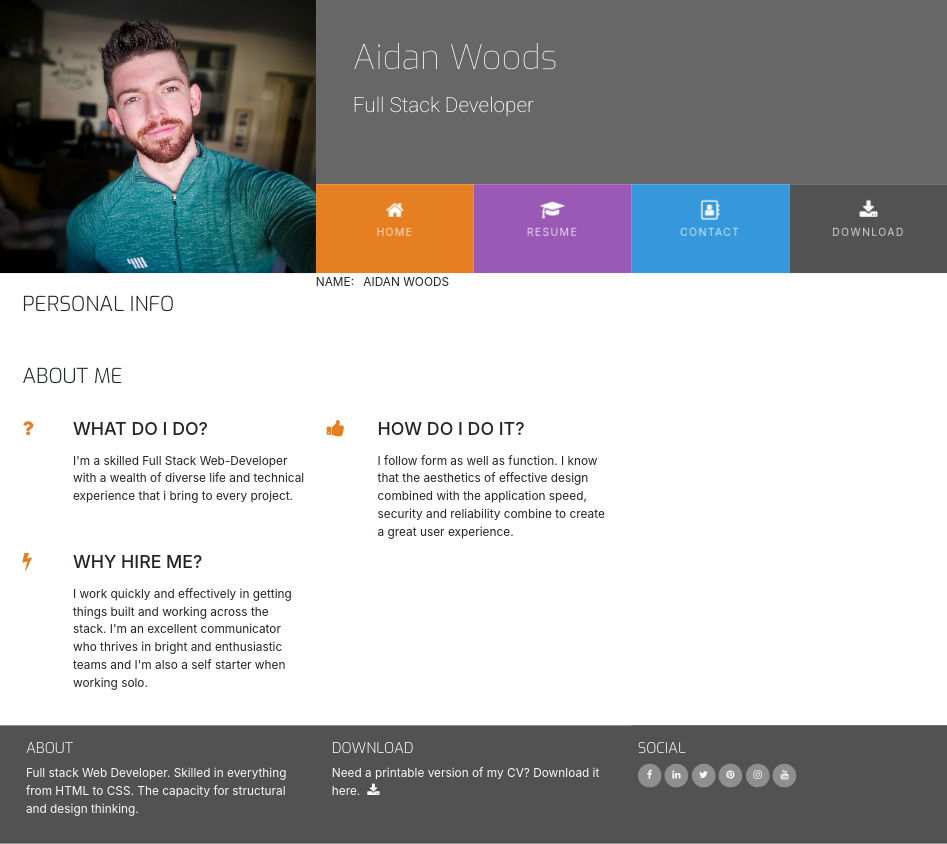
Repository: woodsyboi/Resume
Page: index.html
The author's editor kept a record of every edit. The page is drawn from the files as they stood at one moment, then again after the next edit.
The browser window is 1280 px wide. The pictures show the whole page, at 74% of full size.

Above is the page before.

### index.html
<!DOCTYPE html>
<html lang="en">

<head>
    <meta charset="UTF-8">
    <meta name="viewport" content="width=device-width, initial-scale=1.0">
    <meta http-equiv="X-UA-Compatible" content="ie=edge">
    <link rel="stylesheet" href="https://stackpath.bootstrapcdn.com/bootstrap/4.3.1/css/bootstrap.min.css" type="text/css" />
    <link rel="stylesheet" href="https://stackpath.bootstrapcdn.com/font-awesome/4.7.0/css/font-awesome.min.css" type="text/css" />
    <link rel="stylesheet" href="https://cdnjs.cloudflare.com/ajax/libs/hover.css/2.3.1/css/hover-min.css
" type="text/css" />
    <link rel="stylesheet" href="assets/css/style.css" type="text/css" />
    <title>Aidan</title>
</head>

<body>
    <header>
        <div class="row no-gutters">
            <a href="index.html" class="col-md-4 logo">

            </a>
            <div class="col-md-8">
                <div class="row no-gutters bg-color-name-title">
                    <div class="col heading">
                        <h1 class="name">Aidan Woods</h1>
                        <h2 class="title">Full Stack Developer</h2>
                    </div>

                </div>
                <div class="row no-gutters">
                    <div class="col">
                        <ul id="nav" class="list-inline menucontainer">
                            <li class="col-6 col-sm-3 ui-menu-color-home list-inline-item menuitem">
                                <a href="#" class="hvr-sweep-to-bottom"><i class="fa fa-home"></i><span>Home</span></a>
                            </li>
                            <li class="col-6 col-sm-3 ui-menu-color-resume list-inline-item menuitem">
                                <a href="#" class="hvr-sweep-to-bottom"><i class="fa fa-graduation-cap"></i><span>Resume</span></a>
                            </li>
                            <li class="col-6 col-sm-3 ui-menu-color-contact list-inline-item menuitem">
                                <a href="#" class="hvr-sweep-to-bottom"><i class="fa fa-address-book-o"></i><span>Contact</span></a>
                            </li>
                            <li class="col-6 col-sm-3 ui-menu-color-download list-inline-item menuitem">
                                <a href="#" class="hvr-sweep-to-bottom"><i class="fa fa-download"></i><span>Download</span></a>
                            </li>
                        </ul>
                    </div>
                </div>

            </div>
        </div>
    </header>

    <section class="container-fluid">

        <div class="row ">
            <div class="col-md-4 bg-color-personal-infor section-coloum">
                <div class="col-12">
                    <h3 class="section-heading uppercase">
                        Personal Info
                    </h3>
                </div>
            </div>
            <div class="personal-info-item">
                <div class="key">
                    <p class="uppercase">
                        Name:
                    </p>
                </div>
                <div class="value">
                    <p class="uppercase">
                        Aidan Woods
                    </p>
                </div>
            </div>

            <div class="col-md-8 bg-color-three-reasons section-column">
                <div class="row">
                    <div class="col">
                        <h3 class="section-heading uppercase">About Me</h3>
                    </div>
                </div>
                <div class="row">
                    <div class="col-10 offset-1 offset-sm-0 col-sm-4 col-md-6">
                        <div class="row">
                            <div class="col-2">
                                <i class="three-reasons-icon fa fa-question" aria-hidden="true"></i>
                            </div>
                            <div class="col-10">
                                <h4 class="three-reasons-heading uppercase"> What do I do?</h4>
                                <p>
                                    I'm a skilled Full Stack Web-Developer with a wealth of diverse life and technical experience that i bring to every project.
                                </p>
                            </div>
                        </div>
                    </div>
                    <div class="col-10 offset-1 offset-sm-0 col-sm-4 col-md-6">
                        <div class="row">
                            <div class="col-2">
                                <i class="three-reasons-icon fa fa-thumbs-up" aria-hidden="true"></i>
                            </div>
                            <div class="col-10">
                                <h4 class="three-reasons-heading uppercase"> How Do I Do It?</h4>
                                <p>
                                    I follow form as well as function. I know that the aesthetics of effective design combined with the application speed, security and reliability combine to create a great user experience.

                                </p>
                            </div>
                        </div>
                    </div>
                    <div class="col-10 offset-1 offset-sm-0 col-sm-4 col-md-6">
                        <div class="row">
                            <div class="col-2">
                                <i class="three-reasons-icon fa fa-bolt" aria-hidden="true"></i>
                            </div>
                            <div class="col-10">
                                <h4 class="three-reasons-heading uppercase"> Why Hire Me?</h4>
                                <p>
                                    I work quickly and effectively in getting things built and working across the stack. I'm an excellent communicator who thrives in bright and enthusiastic teams and I'm also a self starter when working solo.
                                </p>
                            </div>
                        </div>
                    </div>


                </div>
            </div>
        </div>

    </section>


    <footer class="container-fluid">
        <div id="footer-details" class="row">
            <div class="col-sm-4">
                <h5 class="uppercase general-sub">About</h5>
                <p class="inline-block">
                    Full stack Web Developer. Skilled in everything from HTML to CSS. The capacity for structural and design thinking.</p>

            </div>
            <div class="col-sm-4">
                <h5 class="uppercase general-sub">Download</h5>
                <p class="inline-block">
                    Need a printable version of my CV? Download it here.
                    <a href="#" target="_blank" class="cv-pdf">
                        <i class="fa fa-download" aria-hidden="true"></i>
                        <span class="sr-only"> Download Link.</span>
                    </a>
                </p>

            </div>
            <div class="col-sm-4">
                <h5 class="uppercase general-sub">Social</h5>
                <ul class="list-inline social-links">
                    <li class="list-inline-item">
                        <a target="_blank" href="#">
                            <i class="fa fa-facebook" aria-hidden="true"></i>
                            <span class="sr-only">Facebook</span>
                        </a>
                    </li>
                    <li class="list-inline-item">
                        <a target="_blank" href="#">
                            <i class="fa fa-linkedin" aria-hidden="true"></i>
                            <span class="sr-only">LinkedIn</span>
                        </a>
                    </li>
                    <li class="list-inline-item">
                        <a target="_blank" href="#">
                            <i class="fa fa-twitter" aria-hidden="true"></i>
                            <span class="sr-only">Twitter</span>
                        </a>
                    </li>
                    <li class="list-inline-item">
                        <a target="_blank" href="#">
                            <i class="fa fa-pinterest" aria-hidden="true"></i>
                            <span class="sr-only">Pinterest</span>
                        </a>
                    </li>
                    <li class="list-inline-item">
                        <a target="_blank" href="#">
                            <i class="fa fa-instagram" aria-hidden="true"></i>
                            <span class="sr-only">Instagram</span>
                        </a>
                    </li>
                    <li class="list-inline-item">
                        <a target="_blank" href="#">
                            <i class="fa fa-youtube" aria-hidden="true"></i>
                            <span class="sr-only">YouTube</span>
                        </a>
                    </li>
                </ul>

            </div>
        </div>
    </footer>

</body>

</html>

### assets/css/style.css
@import url('https://fonts.googleapis.com/css?family=Roboto:100,200,300,400,500,600,700|Exo:100,200,300,400,500,600,700');


/*------------------------------Colors--------*/

.bg-color-name-title {
    background-color: #676767;
}


.bg-color-three-reasons {
    background-color:#fff;
}

.bg-color-personal-info {
    background-color: #f4f4f4;
}

.ui-menu-color-home {
    background-color: #e67e22;

}

.ui-menu-color-resume {
    background-color: #9b59b6;

}

.ui-menu-color-contact {
    background-color: #3498db;

}

.ui-menu-color-download {
    background-color: #525252;

}


/*----------------------------special paddings/margins/text*/

h1,
h2,
h3,
h4 {
    margin: 0;
}

.uppercase {
    text-transform: uppercase;
}

.general-sub {
    font-family:"Exo", sans-serif;
    font-weight: 300;
    color: #fafafa;
}

.inline-block{
    display:inline-block;
}

.row-table {
    display:table;
}

.section-column {
    display:table-cell;
    padding:0 30px 30px;
    float:none;
}

.section-heading{
    font-family:"Exo", sans-serif;
    font-weight: 300;
    margin-top: 25px;
    margin-bottom: 40px;
}
/*-------------------------------Heading--------*/

header {

    margin: 0;

}

.heading {
    margin-left: 50px;

}

.logo {
    background: url("../images/my_face.jpg");
    background-position: center;
    background-repeat: no-repeat;
    background-size: cover;
    min-height: 360px;
    transition: all .5s ease-in-out;
    -moz-transition: all .5s ease-in-out;
    -webkit-transition: all .5s ease-in-out;
}

.name {
    font-family: "Exo", sans-serif;
    font-weight: 100;
    font-size: 46px;
    margin-top: 50px;
    color: #fff;

}

.title {
    font-family: "Roboto", sans-serif;
    font-weight: 200;
    font-size: 28px;
    margin-top: 20px;
    margin-bottom: 90px;
    color: #fff;

}

.list-inline-item:not(:last-child) {
    margin: 0;
}

.menucontainer {
    font-size: 0;
}

#nav {
    margin: 0;
}

#nav li {
    font-size: 14px;
    padding: 0;
}


.menuitem {
    height: 120px;
    text-align: center;
    padding: 0;

}

.menuitem a {
    width: 100%;
    text-decoration: none;
    color: #fff;
    height: 120px;

}

.menuitem a i {
    padding-top: 22px;
    display: block;
    color: #fafafa;
    font-size: 26px;


}

.menuitem span {
    display: block;
    width: 100%;
    padding-top: 5px;
    text-align: center;
    text-transform: uppercase;
    font-size: 14px;
    font-weight: 300;
    letter-spacing: 2px;

}



/*----------------------------hover*/

.hvr-sweep-to-bottom:before {
    background-color: rgba(0, 0, 0, 0.2);
    height: 120px;

}


/*-------------------------------footer--------*/

footer{
    background-color: #525252;
    color:#fafafa;
    min-height: 120px;
}


.cv-pdf i{
   font-size: 18px;
   color: #fafafa;
   text-align: center;
   padding-left: 5px;
   transition: all 0.35s ease-in-out;
   -moz-transition: all 0.35s ease-in-out;
   -webkit-transition: all 0.35s ease-in-out;
   -o-transition: all 0.35s ease-in-out;

}

.cv-pdf i:hover {
    color:#e84710;
}

.social-links{
    padding-bottom: 15px;
}

.social-links li a i {
    width:32px;
    height:32px;
    padding:12px 0;
    border-radius:50%;
    font-size: 13px;
    line-height: 7px;
    text-align:center;
    color:#fafafa;
    background:#8f8f8f;
    transition: all 0.35s ease-in-out;
   -moz-transition: all 0.35s ease-in-out;
   -webkit-transition: all 0.35s ease-in-out;
   -o-transition: all 0.35s ease-in-out;

}

.social-links li a i:hover {
    background:#e84710;
}

#footer-details {
    padding:20px;
}

/*-------------------------------Three reasons--------*/

.three-reasons-icon {
    font-size:26px;
    color: #e67e22;
}

.three-reasons-heading {
    margin-bottom: 15px;
}

/*------------------------------Personal Info--------*/

.personal-info-item {
    margin-bottom:20px;
    display: block;
    clear: both;
}

.personal-info-item .key,
.personal-info-item .value {
    padding-right:8px;
    display:inline-block;

}

.personal-info-item .key p,
.personal-info-item .value p{
    margin:0;
}

After the next edit:
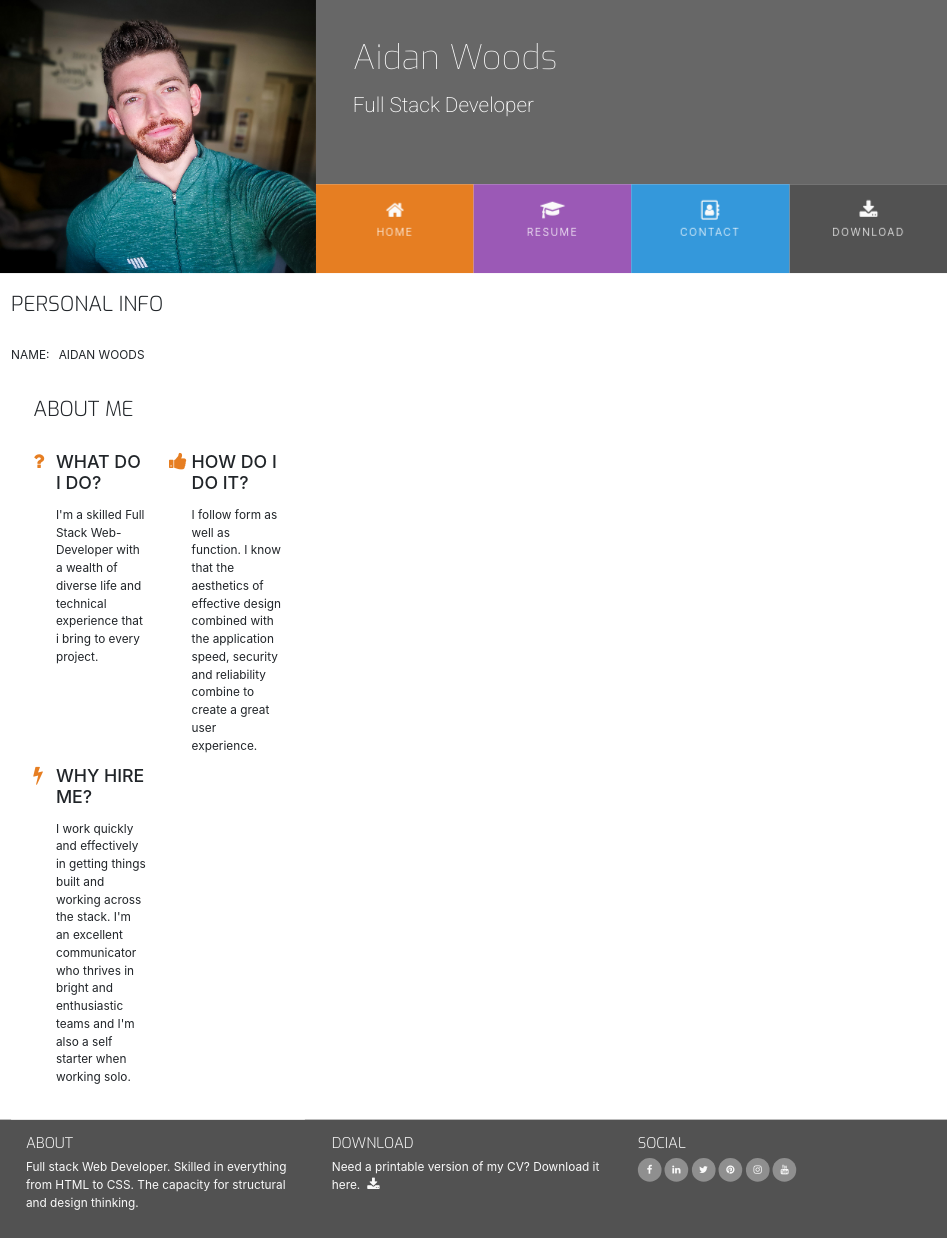
The edit:
--- a/index.html
+++ b/index.html
@@ -54,77 +54,78 @@
 
         <div class="row ">
             <div class="col-md-4 bg-color-personal-infor section-coloum">
-                <div class="col-12">
-                    <h3 class="section-heading uppercase">
-                        Personal Info
-                    </h3>
+                <div class="row">
+                        <div class="col-12">
+                            <h3 class="section-heading uppercase">
+                                Personal Info
+                            </h3>
+                        </div>
+                </div>
+                <div class="personal-info-item">
+                    <div class="key">
+                        <p class="uppercase">
+                            Name:
+                        </p>
+                    </div>
+                    <div class="value">
+                        <p class="uppercase">
+                            Aidan Woods
+                        </p>
+                    </div>
+                </div>
+
+                <div class="col-md-8 bg-color-three-reasons section-column">
+                    <div class="row">
+                        <div class="col">
+                            <h3 class="section-heading uppercase">About Me</h3>
+                        </div>
+                    </div>
+                    <div class="row">
+                        <div class="col-10 offset-1 offset-sm-0 col-sm-4 col-md-6">
+                            <div class="row">
+                                <div class="col-2">
+                                    <i class="three-reasons-icon fa fa-question" aria-hidden="true"></i>
+                                </div>
+                                <div class="col-10">
+                                    <h4 class="three-reasons-heading uppercase"> What do I do?</h4>
+                                    <p>
+                                        I'm a skilled Full Stack Web-Developer with a wealth of diverse life and technical experience that i bring to every project.
+                                    </p>
+                                </div>
+                            </div>
+                        </div>
+                        <div class="col-10 offset-1 offset-sm-0 col-sm-4 col-md-6">
+                            <div class="row">
+                                <div class="col-2">
+                                    <i class="three-reasons-icon fa fa-thumbs-up" aria-hidden="true"></i>
+                                </div>
+                                <div class="col-10">
+                                    <h4 class="three-reasons-heading uppercase"> How Do I Do It?</h4>
+                                    <p>
+                                        I follow form as well as function. I know that the aesthetics of effective design combined with the application speed, security and reliability combine to create a great user experience.
+
+                                    </p>
+                                </div>
+                            </div>
+                        </div>
+                        <div class="col-10 offset-1 offset-sm-0 col-sm-4 col-md-6">
+                            <div class="row">
+                                <div class="col-2">
+                                    <i class="three-reasons-icon fa fa-bolt" aria-hidden="true"></i>
+                                </div>
+                                <div class="col-10">
+                                    <h4 class="three-reasons-heading uppercase"> Why Hire Me?</h4>
+                                    <p>
+                                        I work quickly and effectively in getting things built and working across the stack. I'm an excellent communicator who thrives in bright and enthusiastic teams and I'm also a self starter when working solo.
+                                    </p>
+                                </div>
+                            </div>
+                        </div>
+
+
+                    </div>
                 </div>
             </div>
-            <div class="personal-info-item">
-                <div class="key">
-                    <p class="uppercase">
-                        Name:
-                    </p>
-                </div>
-                <div class="value">
-                    <p class="uppercase">
-                        Aidan Woods
-                    </p>
-                </div>
-            </div>
-
-            <div class="col-md-8 bg-color-three-reasons section-column">
-                <div class="row">
-                    <div class="col">
-                        <h3 class="section-heading uppercase">About Me</h3>
-                    </div>
-                </div>
-                <div class="row">
-                    <div class="col-10 offset-1 offset-sm-0 col-sm-4 col-md-6">
-                        <div class="row">
-                            <div class="col-2">
-                                <i class="three-reasons-icon fa fa-question" aria-hidden="true"></i>
-                            </div>
-                            <div class="col-10">
-                                <h4 class="three-reasons-heading uppercase"> What do I do?</h4>
-                                <p>
-                                    I'm a skilled Full Stack Web-Developer with a wealth of diverse life and technical experience that i bring to every project.
-                                </p>
-                            </div>
-                        </div>
-                    </div>
-                    <div class="col-10 offset-1 offset-sm-0 col-sm-4 col-md-6">
-                        <div class="row">
-                            <div class="col-2">
-                                <i class="three-reasons-icon fa fa-thumbs-up" aria-hidden="true"></i>
-                            </div>
-                            <div class="col-10">
-                                <h4 class="three-reasons-heading uppercase"> How Do I Do It?</h4>
-                                <p>
-                                    I follow form as well as function. I know that the aesthetics of effective design combined with the application speed, security and reliability combine to create a great user experience.
-
-                                </p>
-                            </div>
-                        </div>
-                    </div>
-                    <div class="col-10 offset-1 offset-sm-0 col-sm-4 col-md-6">
-                        <div class="row">
-                            <div class="col-2">
-                                <i class="three-reasons-icon fa fa-bolt" aria-hidden="true"></i>
-                            </div>
-                            <div class="col-10">
-                                <h4 class="three-reasons-heading uppercase"> Why Hire Me?</h4>
-                                <p>
-                                    I work quickly and effectively in getting things built and working across the stack. I'm an excellent communicator who thrives in bright and enthusiastic teams and I'm also a self starter when working solo.
-                                </p>
-                            </div>
-                        </div>
-                    </div>
-
-
-                </div>
-            </div>
-        </div>
 
     </section>
 
